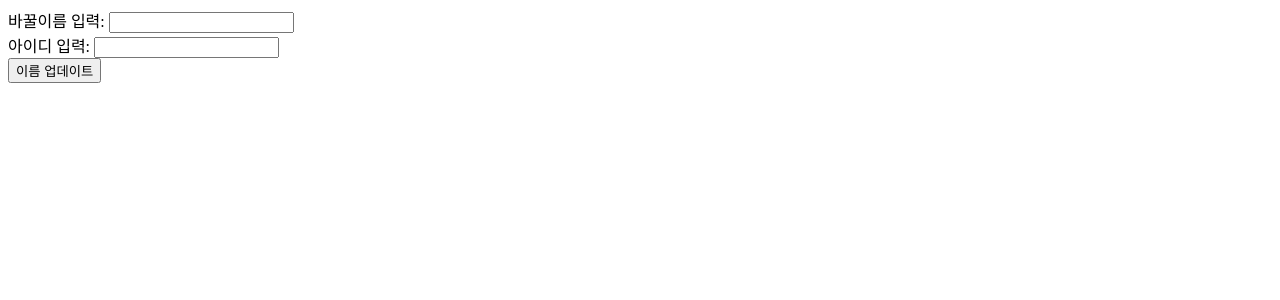
Repository: sds2317884/Spring
Page: http://localhost/spring02/carUpdate.jsp
These files come from the project's save history. The page is drawn as it stood at one moment and after the next save; the edit follows.
The browser window is 1280 px wide. The pictures show the whole page.
The page is served by Tomcat 9.

Above is the page before, as saved 2022-11-24 07:57:55.

After the next save:
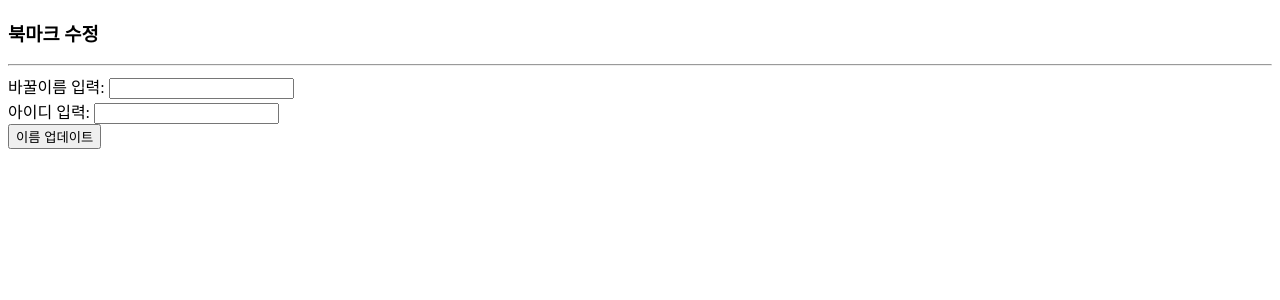
Saved 61 s later.
--- a/spring02/src/main/webapp/carUpdate.jsp
+++ b/spring02/src/main/webapp/carUpdate.jsp
@@ -7,6 +7,8 @@
 <title>Insert title here</title>
 </head>
 <body>
+<h3>북마크 수정</h3>
+<hr>
 <form action="carUpdate.multi">
 바꿀이름 입력: <input name="name"> <br>
 아이디 입력: <input name="id"> <br>
